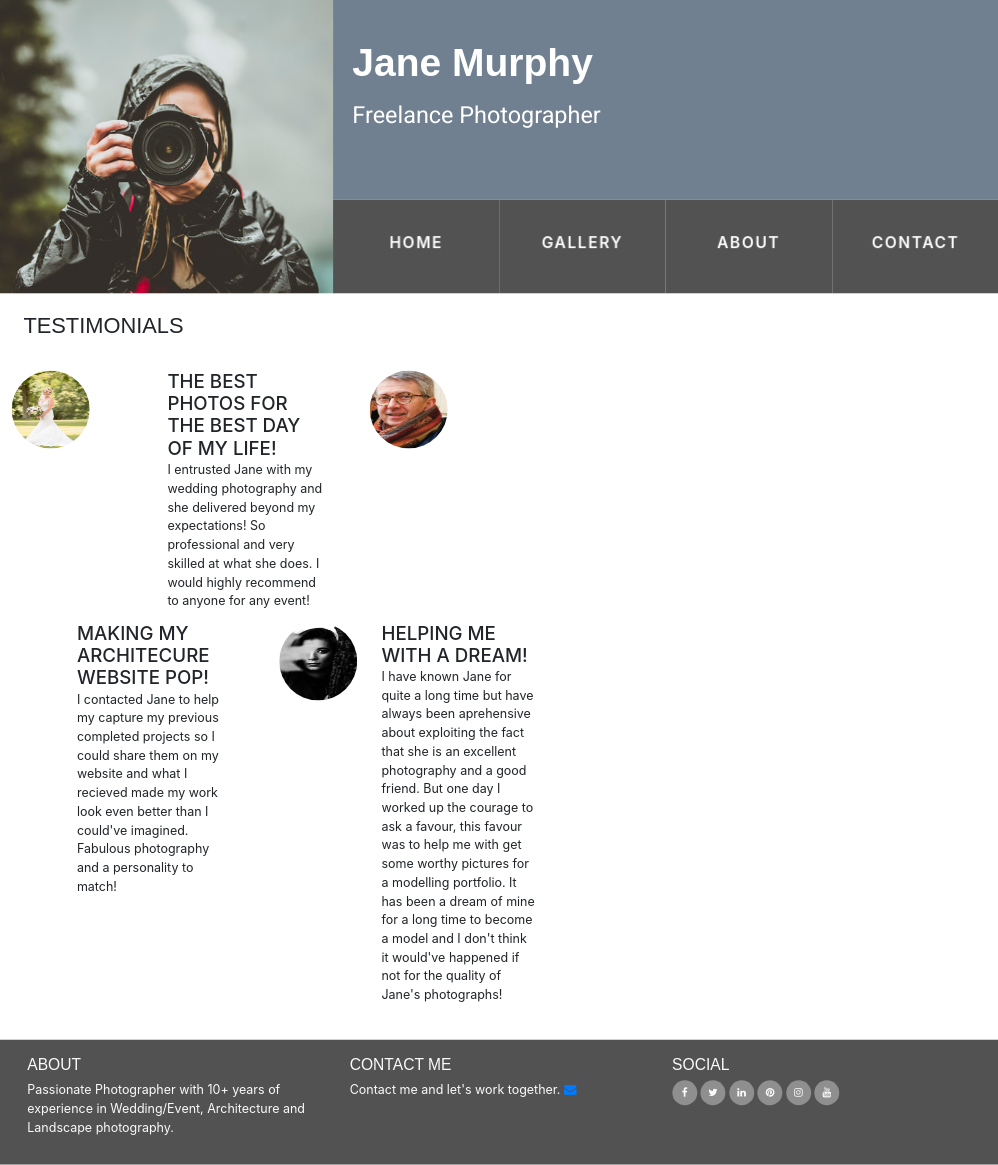
Repository: Code-Institute-Submissions/MrChrisRandall-milestone-1
Page: index.html
The author's editor kept a record of every edit. The page is drawn from the files as they stood at one moment, then again after the next edit.
The browser window is 1280 px wide. The pictures show the whole page, at 78% of full size.

Above is the page before.

### index.html
<!DOCTYPE html>
<html lang="en">

<head>
    <meta charset="UTF-8">
    <meta name="viewport" content="width=device-width, initial-scale=1.0">
    <meta http-equiv="X-UA-Compatible" content="ie=edge">
    <link rel="stylesheet" href="https://stackpath.bootstrapcdn.com/bootstrap/4.3.1/css/bootstrap.min.css" type="text/css" />
    <link rel="stylesheet" href="https://stackpath.bootstrapcdn.com/font-awesome/4.7.0/css/font-awesome.min.css" type="text/css" />
    <link rel="stylesheet" href="https://cdnjs.cloudflare.com/ajax/libs/hover.css/2.3.1/css/hover-min.css" type="text/css" />
    <link rel="stylesheet" href="assets/css/style.css" type="text/css" />
    <title>Studio 21</title>
</head>

<body>
    <header>
        <div class="row no-gutters">
            <a href="index.html" class="col-md-4 logo">

            </a>
            <div class="col-md-8">
                <div class="row no-gutters bg-color-name-title">
                    <div class="col heading">
                        <h1 class="name">Jane Murphy</h1>
                        <h2 class="title">Freelance Photographer</h2>
                    </div>
                </div>
                <div class="row no-gutters">
                    <div class="col">
                        <ul id="nav" class="list-inline menucontainer">
                            <li class="col-6 col-sm-3 ui-menu-color-home list-inline-item menuitem">
                                <a href="index.html" class="hvr-grow-shadow"><span>Home</span></a>
                            </li>
                            <li class="col-6 col-sm-3 ui-menu-color-gallery list-inline-item menuitem">
                                <a href="gallery.html" class="hvr-grow-shadow"><span>Gallery</span></a>
                            </li>
                            <li class="col-6 col-sm-3 ui-menu-color-about list-inline-item menuitem">
                                <a href="about.html" class="hvr-grow-shadow"><span>About</span></a>
                            </li>
                            <li class="col-6 col-sm-3 ui-menu-color-contact list-inline-item menuitem">
                                <a href="contact.html" class="hvr-grow-shadow"><span>Contact</span></a>
                            </li>
                        </ul>
                    </div>
                </div>

            </div>
        </div>

    </header>

    <section class="container-fluid">
        <div class="row">

            <div class="col-md-8 section-column">

                <div class="row">
                    <div class="col">
                        <h3 class="section-heading uppercase">Testimonials</h3>
                    </div>
                </div>
                <div class="row">
                    <div class="d-none d-sm-block">
                        <img src="assets/images/f1.jpg" class="rounded-circle mr-3" height=100 width=100>
                    </div>
                    <div class="col-10 offset-1 offset-sm-1 col-sm-4 col-md-4">
                        <div class="row">

                            <div class="col-10">
                                <h4 class="uppercase">The best photos for the best day of my life!</h4>
                                <p>
                                    I entrusted Jane with my wedding photography and she delivered beyond my expectations! So professional and very skilled at what she does. I would highly recommend to anyone for any event!
                                </p>
                            </div>
                        </div>
                    </div>


                    <div class="d-none d-sm-block">
                        <img src="assets/images/m1.jpg" class="rounded-circle mr-3" height=100 width=100>
                    </div>
                    <div class="col-10 offset-1 offset-sm-1 col-sm-4 col-md-4">
                        <div class="row">

                            <div class="col-10">
                                <h4 class="uppercase">Making my architecure website pop!</h4>
                                <p>
                                    I contacted Jane to help my capture my previous completed projects so I could share them on my website and what I recieved made my work look even better than I could've imagined. Fabulous photography and a personality to match!
                                </p>
                            </div>
                        </div>
                    </div>

                    <div class="d-none d-sm-block">
                        <img src="assets/images/fm1.jpg" class="rounded-circle mr-3" height=100 width=100>
                    </div>
                    <div class="col-10 offset-1 offset-sm-0 col-sm-4 col-md-4">
                        <div class="row">
                            <div class="col-10">
                                <h4 class="uppercase">Helping me with a dream!</h4>
                                <p>
                                    I have known Jane for quite a long time but have always been aprehensive about exploiting the fact that she is an excellent photography and a good friend. But one day I worked up the courage to ask a favour,
                                    this favour was to help me with get some worthy pictures for a modelling portfolio. It has been a dream of mine for a long time to become a model and I don't think it would've happened if not for the quality of Jane's photographs!
                                </p>
                            </div>

                        </div>
                    </div>
                </div>
            </div>
        </div>

    </section>

    <footer class="container-fluid">
        <div id="footer-details" class="row">
            <div class="col-sm-4">
                <h5 class="uppercase general-sub">About</h5>
                <p class="inline-block">
                    Passionate Photographer with 10+ years of experience in Wedding/Event, Architecture and Landscape photography.
                </p>
            </div>
            <div class="col-sm-4">
                <h5 class="uppercase general-sub">Contact Me</h5>
                <p class="inline-block">
                    Contact me and let's work together.
                    <a href="contact.html" class="contant-link">
                        <i class="fa fa-envelope" aria-hidden="true"></i>
                        <span class="sr-only">Contact link.</span>
                    </a>
                </p>
            </div>
            <div class="col-sm-4">
                <h5 class="uppercase general-sub">Social</h5>
                <ul class="list-inline social-links">
                    <li class="list-inline-item">
                        <a target="_blank" href="#">
                            <i class="fa fa-facebook" aria-hidden="true"></i>
                            <span class="sr-only">Facebook</span>
                        </a>
                    </li>
                    <li class="list-inline-item">
                        <a target="_blank" href="#">
                            <i class="fa fa-twitter" aria-hidden="true"></i>
                            <span class="sr-only">Twitter</span>
                        </a>
                    </li>
                    <li class="list-inline-item">
                        <a target="_blank" href="#">
                            <i class="fa fa-linkedin" aria-hidden="true"></i>
                            <span class="sr-only">LinkedIn</span>
                        </a>
                    </li>
                    <li class="list-inline-item">
                        <a target="_blank" href="#">
                            <i class="fa fa-pinterest" aria-hidden="true"></i>
                            <span class="sr-only">Pinterest</span>
                        </a>
                    </li>
                    <li class="list-inline-item">
                        <a target="_blank" href="#">
                            <i class="fa fa-instagram" aria-hidden="true"></i>
                            <span class="sr-only">Instagram</span>
                        </a>
                    </li>
                    <li class="list-inline-item">
                        <a target="_blank" href="#">
                            <i class="fa fa-youtube" aria-hidden="true"></i>
                            <span class="sr-only">YouTube</span>
                        </a>
                    </li>
                </ul>
            </div>
        </div>
    </footer>

</body>

</html>

### assets/css/style.css
@import url('https://fonts.googleapis.com/css?family=Roboto&display=swap:100,200,300,400,500,600,700|Exo:100,200,300,400,500,600,700');


/*--------------------------------------------------Colors*/

.bg-color-name-title {
    background-color: #708090;
}

.ui-menu-color-home {
    background-color: #525252;
}

.ui-menu-color-gallery {
    background-color: #525252;
}

.ui-menu-color-about {
    background-color: #525252;
}

.ui-menu-color-contact {
    background-color: #525252;
}

/*--------------------------------------------------General*/

h1,
h2,
h3,
h4 {
    margin: 0;
}

.uppercase {
    text-transform: uppercase;
}

.general-sub {
    font-family: "Exo", sans-serif;
    font-weight: 300;
    color: #fafafa
}

.inline-block {
    display: inline-block;
}

.row-table {
    display: table;
}

.section-column {
    display: table-cell;
    padding: 0 30px 30px;
    float: none;
}

.history-heading,
.section-heading {
    font-family: "Exo", sans-serif;
    font-weight: 300;
    margin-top: 25px;
    margin-bottom: 40px;
}

/*--------------------------------------------------Header*/

.header {
    margin: 0;
}

.heading {
    margin-left: 25px;
}

.logo {
    background: url(../images/pic.jpg);
    background-position: center;
    background-repeat: no-repeat;
    background-size: cover;
    min-height: 360px;
}

.name {
    font-family: "Exo", sans-serif;
    font-weight: 600;
    font-size: 50px;
    margin-top: 50px;
    color: #fff;
}

.title {
    font-family: "Roboto", sans-serif;
    font-weight: 400;
    font-size: 30px;
    margin-top: 20px;
    margin-bottom: 90px;
    color: #fff;
}

.list-inline-item:not(:last-child) {
    margin: 0;
}

.menucontainer {
    font-size: 0;
}

#nav {
    margin: 0;
}

#nav li {
    font-size: 14px;
    padding: 0;
}

.menuitem {
    height: 120px;
    text-align: center;
    padding: 0;
}

.menuitem a {
    width: 100%;
    text-decoration: none;
    color: #fff;
    height: 120px;
}

.menuitem span {
    display: block;
    width: 100%;
    padding-top: 40px;
    text-align: center;
    text-transform: uppercase;
    font-size: 20px;
    font-weight: 600;
    letter-spacing: 2px;
}

/*--------------------------------------------------Footer*/

footer {
    background-color: #525252;
    color: #fafafa;
    min-height: 120px;
    margin: 0;
}

.contact-link i {
    width: 32px;
    height: 32px;
    padding: 12px 0;
    border-radius: 50%;
    font-size: 13px;
    line-height: 7px;
    text-align: center;
    color: #fafafa;
    background: #8f8f8f;
    transition: all 0.35s ease-in-out;
    -moz-transition: all 0.35s ease-in-out;
    -webkit-transition: all 0.35s ease-in-out;
    -o-transition: all 0.35s ease-in-out;
}

.social-links {
    padding-bottom: 15px;
}

.social-links li a i {
    width: 32px;
    height: 32px;
    padding: 12px 0;
    border-radius: 50%;
    font-size: 13px;
    line-height: 7px;
    text-align: center;
    color: #fafafa;
    background: #8f8f8f;
    transition: all 0.35s ease-in-out;
    -moz-transition: all 0.35s ease-in-out;
    -webkit-transition: all 0.35s ease-in-out;
    -o-transition: all 0.35s ease-in-out;
}

.social-links li a i:hover {
    background: #708090;
}

#footer-details {
    padding: 20px;
}

/*--------------------------------------------------Personal Info*/

.personal-info-item {
    margin-bottom: 20px;
    display: block;
    clear: both;
}

.personal-info-item .key,
.personal-info-item .value {
    padding-right: 8px;
    display: inline-block;
}

.personal-info-item .key p,
.personal-info-item .value p {
    margin: 0;
}

.personal-info-item .key {
    width: 30%;
    margin-right: 21px;
    padding-top: 2px;
    vertical-align: top;
}

.personal-info-item .key p {
    font-weight: 700;
}

.personal-info-item .value {
    position: relative;
    width: 60%;
}

/*--------------------------------------------------Contact Form*/

.contact-heading {
    font-family: "Exo", sans-serif;
    font-weight: 300;
    margin-top: 25px;
    margin-bottom: 20px;
}

.center-form {
    padding-top: 10px;
    margin: 0 auto;
    max-width: 70%;
}

button[type="submit"] {
    margin-top: 15px;
    margin-bottom: 20px;
    color: #fafafa;
    background-color: #e84610;
}

/*--------------------------------------------------Gallery*/

.flex-container {
    width: 1280px;
    min-height: 500px;
    background: #fff;
    margin: 70px auto 0;
    display: flex;
    flex-direction: row;
    flex-wrap: wrap;
}

.flex-container .box {
    position: relative;
    width: 250px;
    height: 250px;
    background: #000000;
    margin: 25px;
    display: inline-block
}

.flex-container .box .imgBox {
    position: relative;
}

.flex-container .box .imgBox img {
    max-width: 100%;
    transform: transition 2s;
}
.flex-container .box:hover .imgBox {

}

After the next edit:
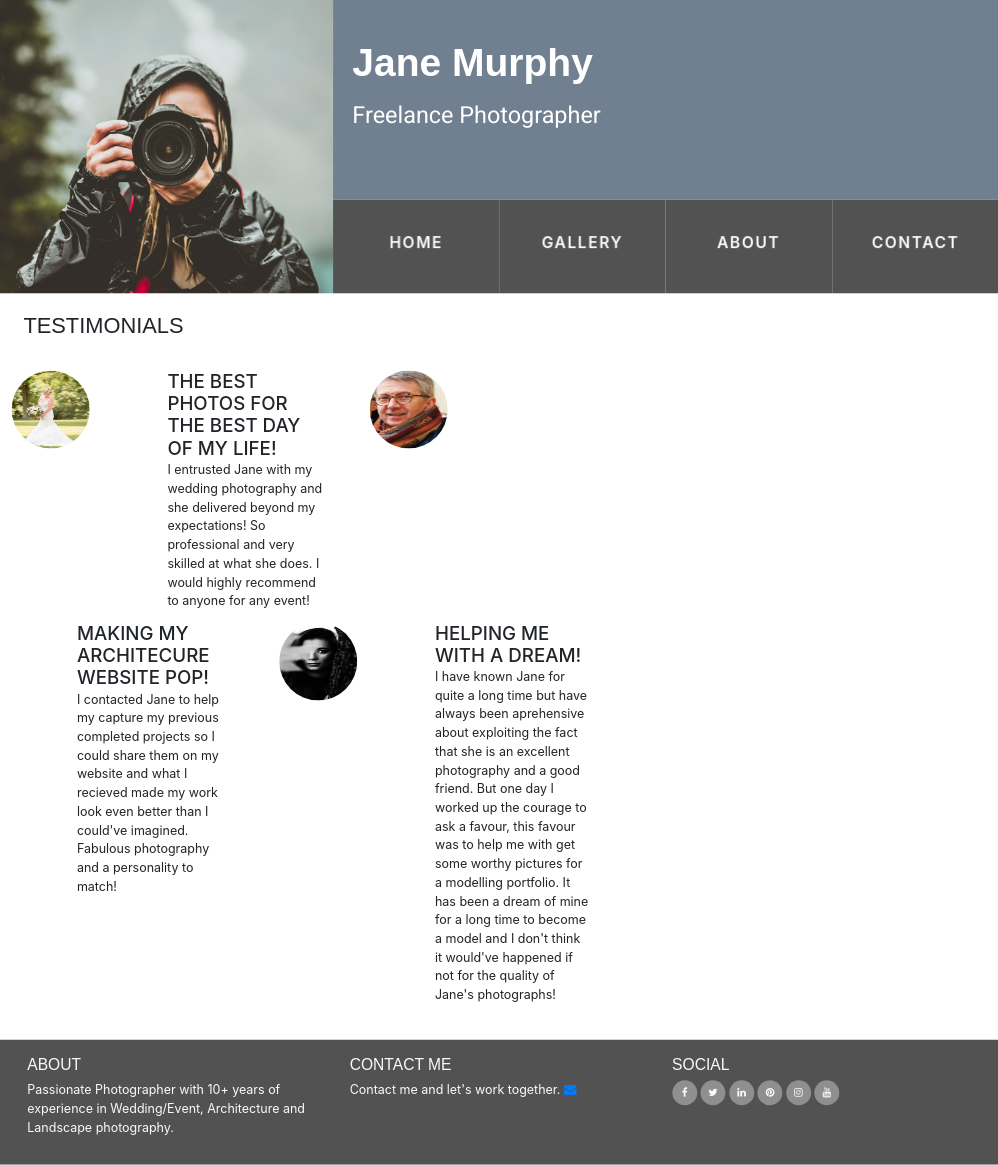
The edit:
--- a/index.html
+++ b/index.html
@@ -94,7 +94,7 @@
                     <div class="d-none d-sm-block">
                         <img src="assets/images/fm1.jpg" class="rounded-circle mr-3" height=100 width=100>
                     </div>
-                    <div class="col-10 offset-1 offset-sm-0 col-sm-4 col-md-4">
+                    <div class="col-10 offset-1 offset-sm-1 col-sm-4 col-md-4">
                         <div class="row">
                             <div class="col-10">
                                 <h4 class="uppercase">Helping me with a dream!</h4>
